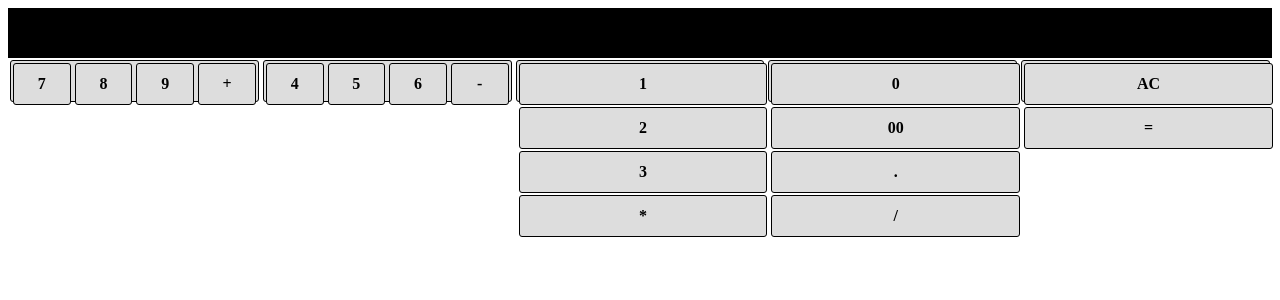
Repository: masa-rock/kadai_jquery_2
Page: index.html
The author's editor kept a record of every edit. The page is drawn from the files as they stood at one moment, then again after the next edit.
The browser window is 1280 px wide. The pictures show the whole page.
Some web libraries are served in a nearby version.

Above is the page before.

After the next edit:
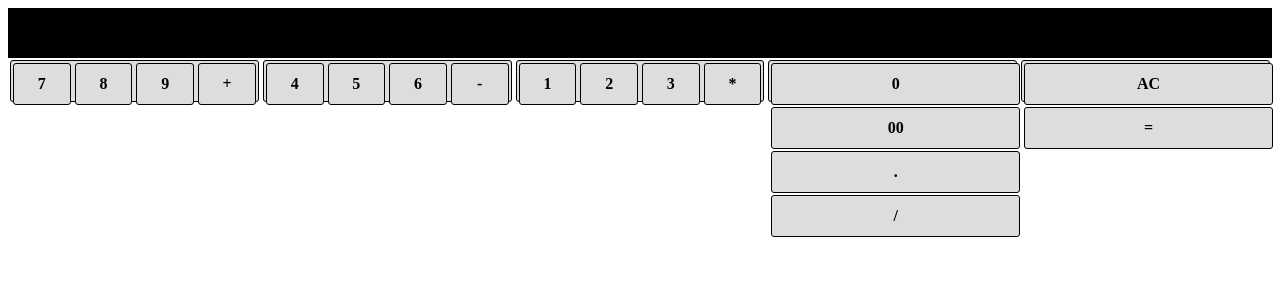
The edit:
--- a/index.html
+++ b/index.html
@@ -22,7 +22,7 @@
             <div class="com_6">6</div>
             <div class="com_subtraction">-</div>
           </div>
-          <div class="calculator_command_3">
+          <div class="calculator_command">
             <div class="com_1">1</div>
             <div class="com_2">2</div>
             <div class="com_3">3</div>
